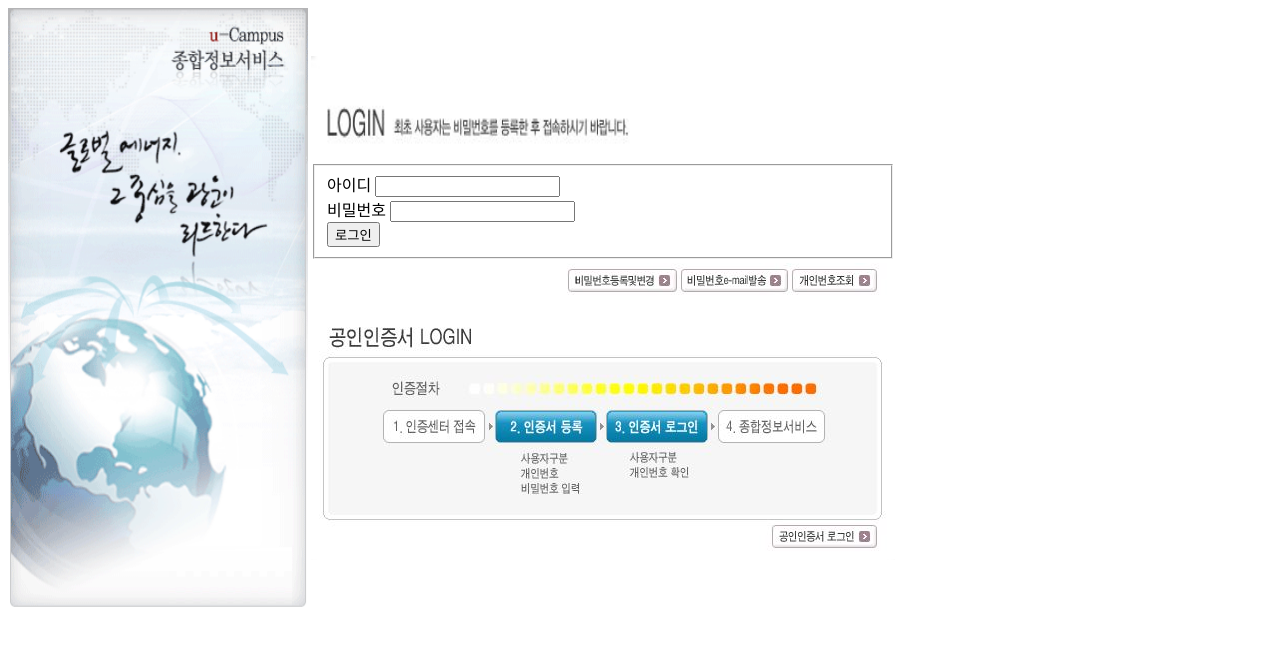
Repository: jungmintaeng/mini-ucampus
Page: ucam/WebContent/Login.html
These files come from the project's save history. The page is drawn as it stood at one moment and after a run of saves; the edit follows.
The browser window is 1280 px wide. The pictures show the whole page.

Above is the page before, as saved 2016-06-11 00:57:44.

After the next 2 saves:
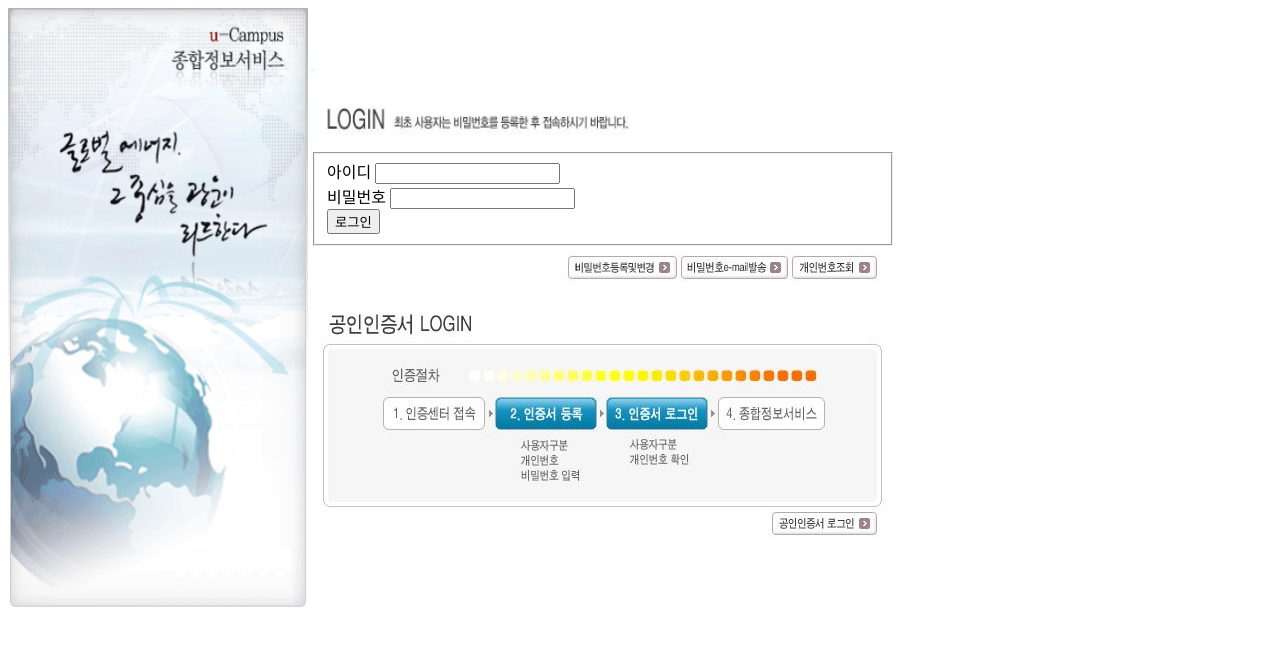
The 2 saves are shown as one change because they came seconds apart.
The last was saved 10 s later.
--- a/ucam/WebContent/Login.html
+++ b/ucam/WebContent/Login.html
@@ -15,7 +15,7 @@
 <table>
    <tr>
    <td align="left"><font size="2"><img
-src="images\loginTop.JPG" width ="584" height="100" border ="0">
+src="images\loginTop.JPG" width ="584" height="75" border ="0">
 </font>
 </td>
 </tr>
